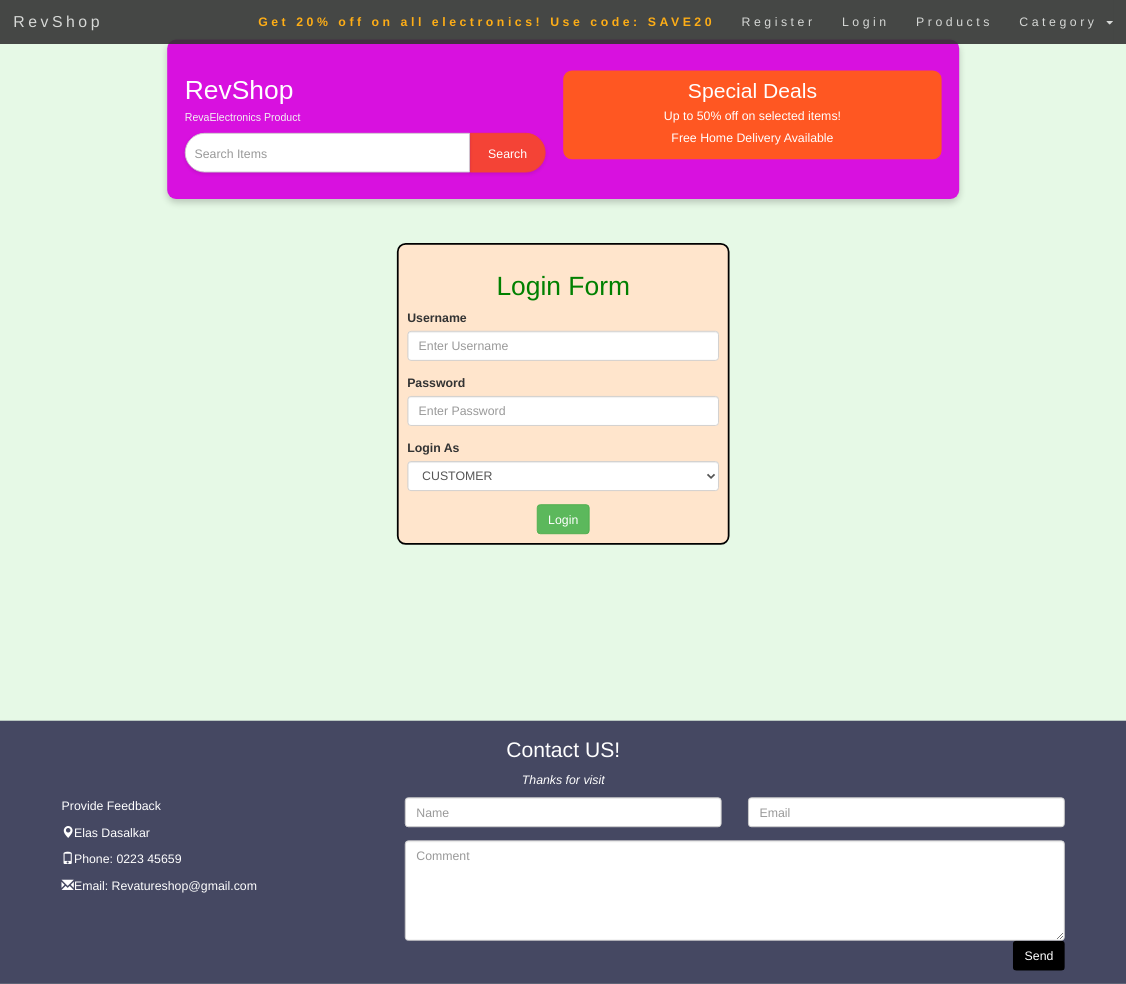
Repository: vilasdasalkar/RevaShop-Project-0
Page: http://localhost/RevShop/login.jsp
An editor plug-in stored every save of this project. The page is shown before and after the next save, followed by the edit.
The browser window is 1280 px wide. The pictures show the whole page, at 88% of full size.
The page is served by Tomcat 10.

Above is the page before, as saved 2024-08-30 08:19:21.

After the next save:
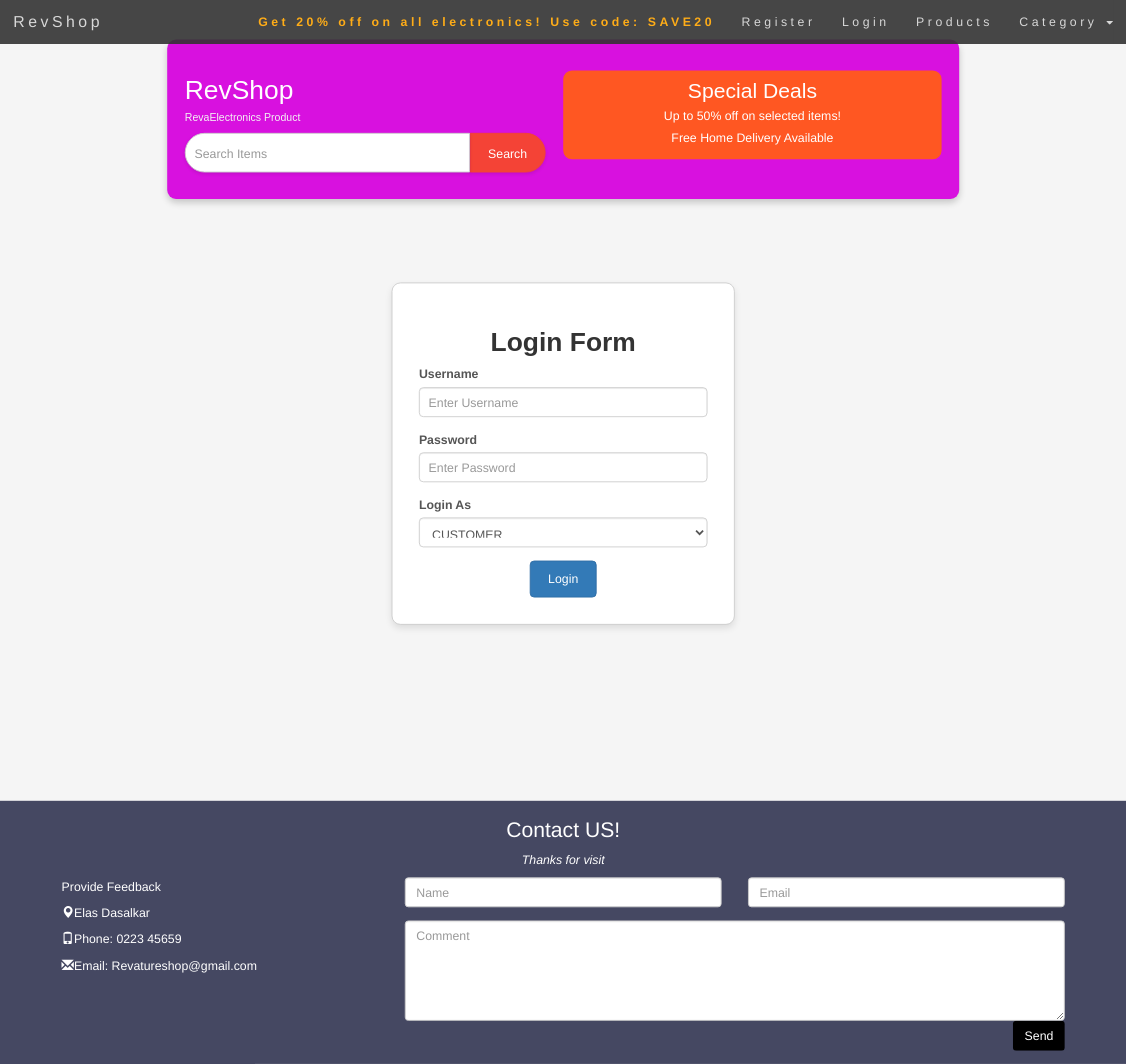
Saved 5 min 27 s later.
--- a/RevShop/src/main/webapp/login.jsp
+++ b/RevShop/src/main/webapp/login.jsp
@@ -4,76 +4,64 @@
 <html>
 
 <head>
-<meta charset="UTF-8">
-<title>Login</title>
-<link rel="stylesheet"
-	href="https://maxcdn.bootstrapcdn.com/bootstrap/3.4.0/css/bootstrap.min.css">
-<link rel="stylesheet" href="css/changes.css">
-<script
-	src="https://ajax.googleapis.com/ajax/libs/jquery/3.4.1/jquery.min.js"></script>
-<script
-	src="https://maxcdn.bootstrapcdn.com/bootstrap/3.4.0/js/bootstrap.min.js"></script>
+    <meta charset="UTF-8">
+    <title>Login</title>
+    <link rel="stylesheet" href="https://maxcdn.bootstrapcdn.com/bootstrap/3.4.0/css/bootstrap.min.css">
+    <link rel="stylesheet" href="css/changes.css">
+    <script src="https://ajax.googleapis.com/ajax/libs/jquery/3.4.1/jquery.min.js"></script>
+    <script src="https://maxcdn.bootstrapcdn.com/bootstrap/3.4.0/js/bootstrap.min.js"></script>
 </head>
-<body style="background-color: #E6F9E6;">
 
-	<%@ include file="header.jsp"%>
+<body style="background-color: #f5f5f5;">
 
-	<%
-	String message = request.getParameter("message");
-	%>
-	<div class="container">
-		<div class="row"
-			style="margin-top: 5px; margin-left: 2px; margin-right: 2px;">
-			<form action="./LoginServlet" method="post"
-				class="col-md-4 col-md-offset-4 col-sm-8 col-sm-offset-2"
-				style="border: 2px solid black; border-radius: 10px; background-color: #FFE5CC; padding: 10px;">
-				<div style="font-weight: bold;" class="text-center">
-					<h2 style="color: green;">Login Form</h2>
-					<%
-					if (message != null) {
-					%>
-					<p style="color: blue;">
-						<%=message%>
-					</p>
-					<%
-					}
-					%>
-				</div>
-				<div></div>
-				<div class="row">
-					<div class="col-md-12 form-group">
-						<label for="last_name">Username</label> <input type="email"
-							placeholder="Enter Username" name="username" class="form-control"
-							id="last_name" required>
-					</div>
-				</div>
-				<div class="row">
-					<div class="col-md-12 form-group">
-						<label for="last_name">Password</label> <input type="password"
-							placeholder="Enter Password" name="password" class="form-control"
-							id="last_name" required>
-					</div>
-				</div>
-				<div class="row">
-					<div class="col-md-12 form-group">
-						<label for="userrole">Login As</label> <select name="usertype"
-							id="userrole" class="form-control" required>
-							<option value="customer" selected>CUSTOMER</option>
-							<option value="admin">ADMIN</option>
-						</select>
-					</div>
-				</div>
-				<div class="row">
-					<div class="col-md-12 text-center">
-						<button type="submit" class="btn btn-success">Login</button>
-					</div>
-				</div>
-			</form>
+    <%@ include file="header.jsp"%>
 
-		</div>
-	</div>
+    <%
+        String message = request.getParameter("message");
+    %>
 
-	<%@ include file="footer.html"%>
+    <div class="container">
+        <div class="row" style="margin-top: 50px;">
+            <form action="./LoginServlet" method="post" class="col-md-4 col-md-offset-4 col-sm-8 col-sm-offset-2"
+                style="border: 1px solid #ccc; border-radius: 10px; background-color: #ffffff; padding: 30px; box-shadow: 0 4px 8px rgba(0, 0, 0, 0.1);">
+                <div class="text-center">
+                    <h2 style="color: #333; font-family: 'Arial', sans-serif; font-weight: bold;">Login Form</h2>
+                    <% if (message != null) { %>
+                        <p style="color: red; font-weight: bold;">
+                            <%=message%>
+                        </p>
+                    <% } %>
+                </div>
+
+                <div class="form-group">
+                    <label for="username" style="font-weight: bold; color: #555;">Username</label>
+                    <input type="email" placeholder="Enter Username" name="username" class="form-control" id="username" required
+                        style="border-radius: 5px; padding: 10px; border: 1px solid #ccc;">
+                </div>
+
+                <div class="form-group">
+                    <label for="password" style="font-weight: bold; color: #555;">Password</label>
+                    <input type="password" placeholder="Enter Password" name="password" class="form-control" id="password" required
+                        style="border-radius: 5px; padding: 10px; border: 1px solid #ccc;">
+                </div>
+
+                <div class="form-group">
+                    <label for="userrole" style="font-weight: bold; color: #555;">Login As</label>
+                    <select name="usertype" id="userrole" class="form-control" required
+                        style="border-radius: 5px; padding: 10px; border: 1px solid #ccc;">
+                        <option value="customer" selected>CUSTOMER</option>
+                        <option value="admin">ADMIN</option>
+                    </select>
+                </div>
+
+                <div class="text-center">
+                    <button type="submit" class="btn btn-primary" style="padding: 10px 20px; border-radius: 5px;">Login</button>
+                </div>
+            </form>
+        </div>
+    </div>
+
+    <%@ include file="footer.html"%>
 
 </body>
 </html>
